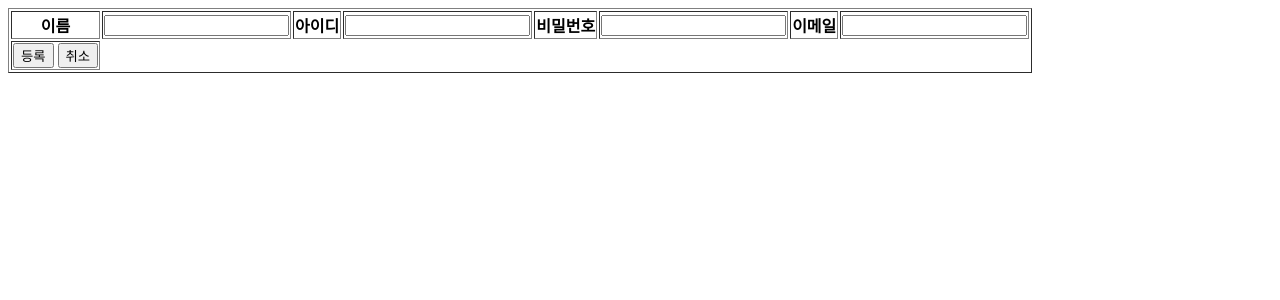
Repository: Yongb15/4.jsp
Page: http://localhost/Ex_0530/member_register_form.jsp
These files come from the project's save history. The page is drawn as it stood at one moment and after the next save; the edit follows.
The browser window is 1280 px wide. The pictures show the whole page.
The page is served by Tomcat 9. Other server files are loaded and not shown.

Above is the page before, as saved 2024-05-30 12:45:42.

### Ex_0530/src/main/webapp/member_register_form.jsp
<%@ page language="java" contentType="text/html; charset=UTF-8"
    pageEncoding="UTF-8"%>
<!DOCTYPE html>
<html>
<head>
<meta charset="UTF-8">
<title>Insert title here</title>
<script type="text/javascript">
function send(f){
	let name = f.value.name.trim();
	let id = f.value.id.trim();
	let pwd = f.value.pwd.trim();
	let email = f.value.email.trim();
	if(name==''){
		alert("이름을 입력하세요")
		return
	}
}
</script>
</head>
<body>
<form>
<table border="1">
<tr>
<th>이름</th>
<td><input type="name"></td>
<th>아이디</th>
<td><input type="id"></td>
<th>비밀번호</th>
<td><input type="pwd"></td>
<th>이메일</th>
<td><input type="email"></td>
</tr>
<tr>
<td><input type="button" value="등록" onclick="send(this.form)">
<input type="button" value="취소" onclick="member_list.jsp">
</td>
</tr>
</table>
</form>
</body>
</html>

After the next save:
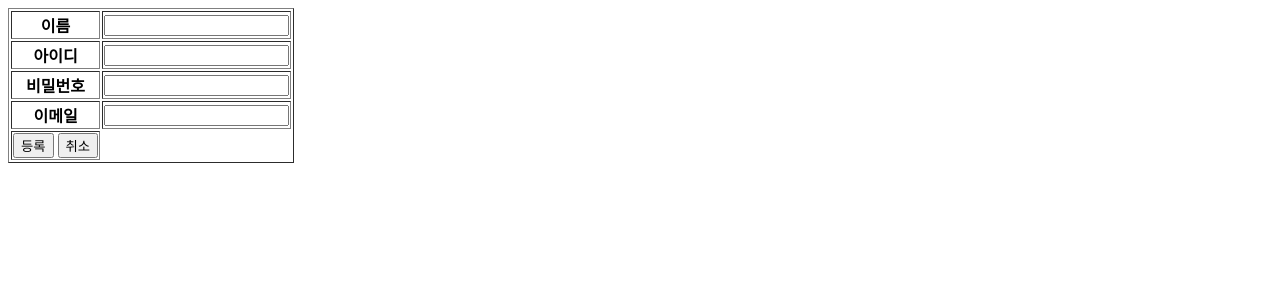
Saved 51 s later.
--- a/Ex_0530/src/main/webapp/member_register_form.jsp
+++ b/Ex_0530/src/main/webapp/member_register_form.jsp
@@ -7,14 +7,18 @@
 <title>Insert title here</title>
 <script type="text/javascript">
 function send(f){
-	let name = f.value.name.trim();
-	let id = f.value.id.trim();
-	let pwd = f.value.pwd.trim();
-	let email = f.value.email.trim();
+	let name = f.name.value.trim();
+	let id = f.id.value.trim();
+	let pwd = f.pwd.value.trim();
+	let email = f.email.value.trim();
+
 	if(name==''){
 		alert("이름을 입력하세요")
-		return
+		return;
 	}
+	f.method="post";
+	f.action="member_reg.jsp";
+	f.submit();
 }
 </script>
 </head>
@@ -23,17 +27,23 @@ function send(f){
 <table border="1">
 <tr>
 <th>이름</th>
-<td><input type="name"></td>
+<td><input name="name"></td>
+</tr>
+<tr>
 <th>아이디</th>
-<td><input type="id"></td>
+<td><input name="id"></td>
+</tr>
+<tr>
 <th>비밀번호</th>
-<td><input type="pwd"></td>
+<td><input name="pwd"></td>
+</tr>
+<tr>
 <th>이메일</th>
-<td><input type="email"></td>
+<td><input name="email"></td>
 </tr>
 <tr>
 <td><input type="button" value="등록" onclick="send(this.form)">
-<input type="button" value="취소" onclick="member_list.jsp">
+<input type="button" value="취소" onclick="location.href='member_list.jsp'">
 </td>
 </tr>
 </table>
